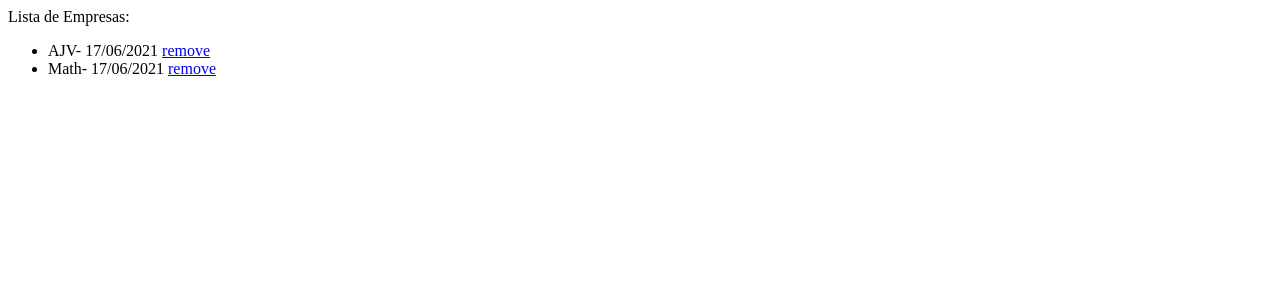
Repository: MathSzoke/JavaWebServlet
Page: http://localhost/gerenciador/listaEmpresas
An editor plug-in stored every save of this project. The page is shown before and after the next save, followed by the edit.
The browser window is 1280 px wide. The pictures show the whole page.
The page is served by Tomcat 9.

Above is the page before, as saved 2021-06-17 19:36:30.

After the next save:
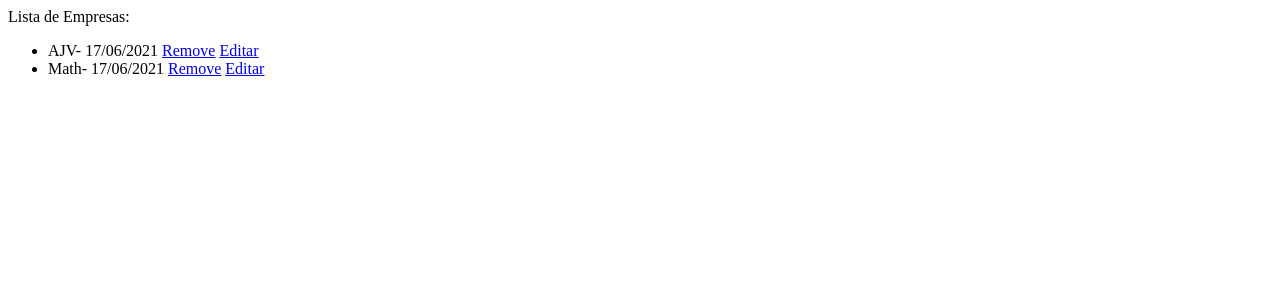
Saved 11 min 59 s later.
--- a/gerenciador/WebContent/listaEmpresas.jsp
+++ b/gerenciador/WebContent/listaEmpresas.jsp
@@ -23,7 +23,8 @@
 
 			<li>${empresa.nome }- <fmt:formatDate
 					value="${ empresa.dataAbertura }" pattern="dd/MM/yyyy" />
-					<a href="/gerenciador/deleteEmpresa?id=${ empresa.id }">remove</a>
+					<a href="/gerenciador/deleteEmpresa?id=${ empresa.id }">Remove</a>
+					<a href="/gerenciador/deleteEmpresa?id=${ empresa.id }">Editar</a>
 					</li>
 		</c:forEach>
 	</ul>
